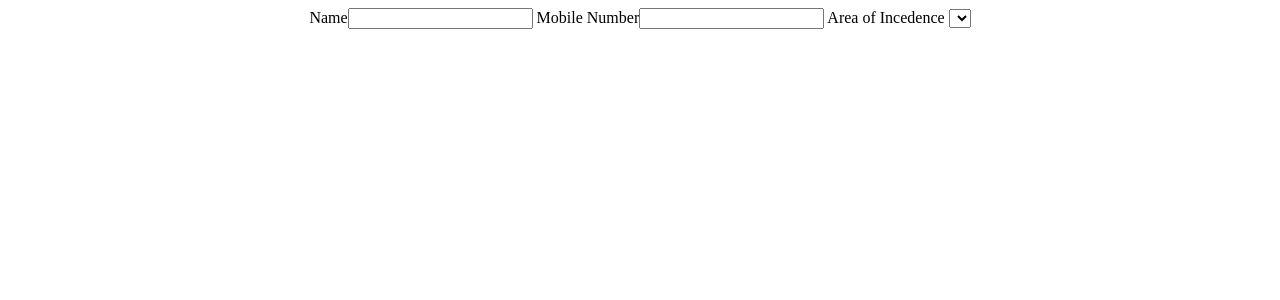
Repository: deevanshu07/Projects
Page: http://localhost/Q1_Servlet_2150186/Complaint.jsp
An editor plug-in stored every save of this project. The page is shown before and after a run of saves, followed by the edit.
The browser window is 1280 px wide. The pictures show the whole page.
The page is served by Tomcat 9.

Above is the page before, as saved 2015-03-26 09:12:30.

After the next 2 saves:
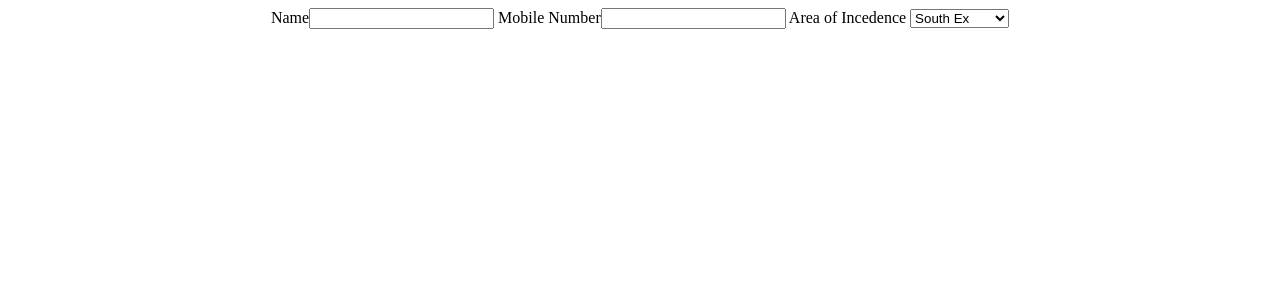
The 2 saves are shown as one change because 1 did not build or start.
The last was saved 2 min 4 s later.
--- a/BOOT_CAMP_PROJECTS/Deevanshu1/Q1_Servlet_2150186/WebContent/Complaint.jsp
+++ b/BOOT_CAMP_PROJECTS/Deevanshu1/Q1_Servlet_2150186/WebContent/Complaint.jsp
@@ -17,8 +17,12 @@ Name<input type="text" name="userName"/>
 Mobile Number<input type="text" name="mobileNumber"/>
 
 Area of Incedence
-<select>
-<>
+<select name="incedenceOccur">
+<%for(int i=0;i<incedence.size();i++) {
+%>
+<option><%=incedence.get(i) %></option>
+
+<%} %>
 </select>
 </form>
 </center>
